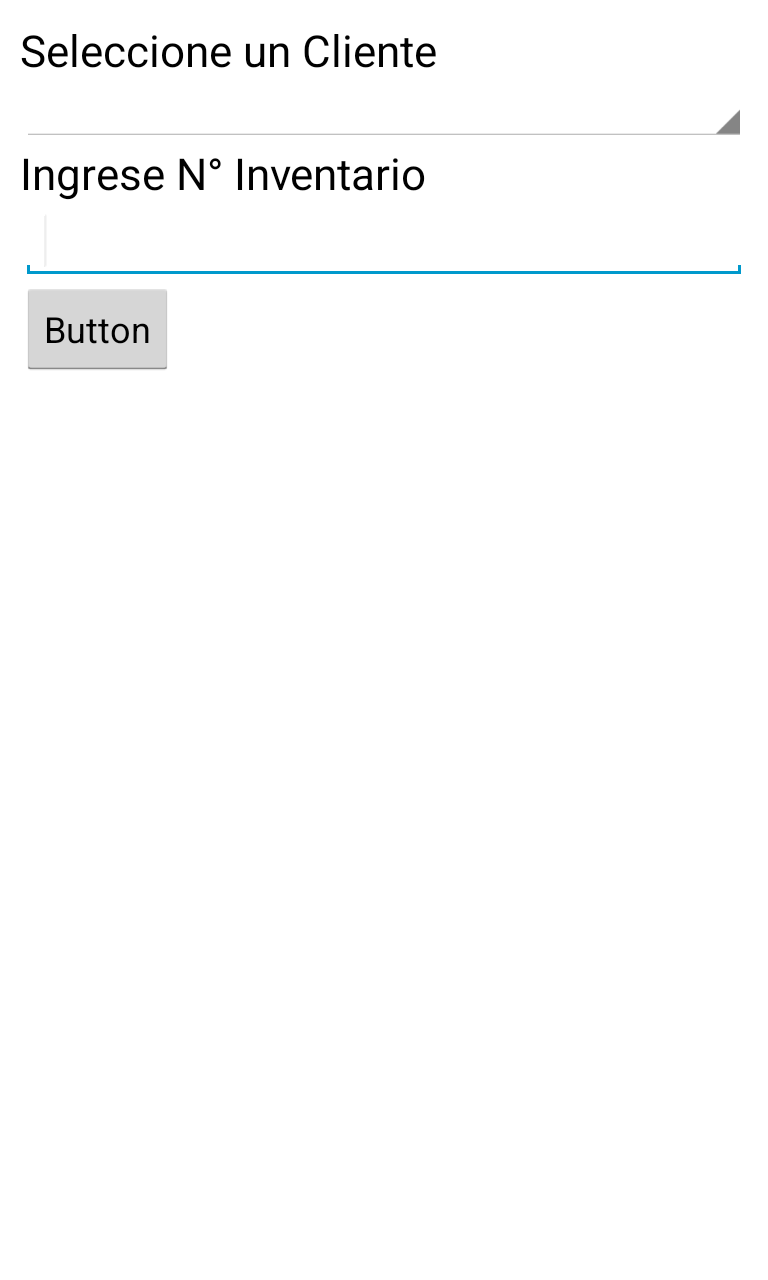
Repository: arodriguezp2003/aqandroid
Layout: BlueFlameWMS/res/layout/seleccioncliente.xml
An editor plug-in stored every save of this project. The layout is shown before and after the next save, followed by the edit.
It is drawn on a 768 x 1280 px phone screen (xhdpi) without system bars, with theme AppTheme; the app's code is not run.

Above is the layout before, as saved 2014-06-20 19:22:34.

After the next save:
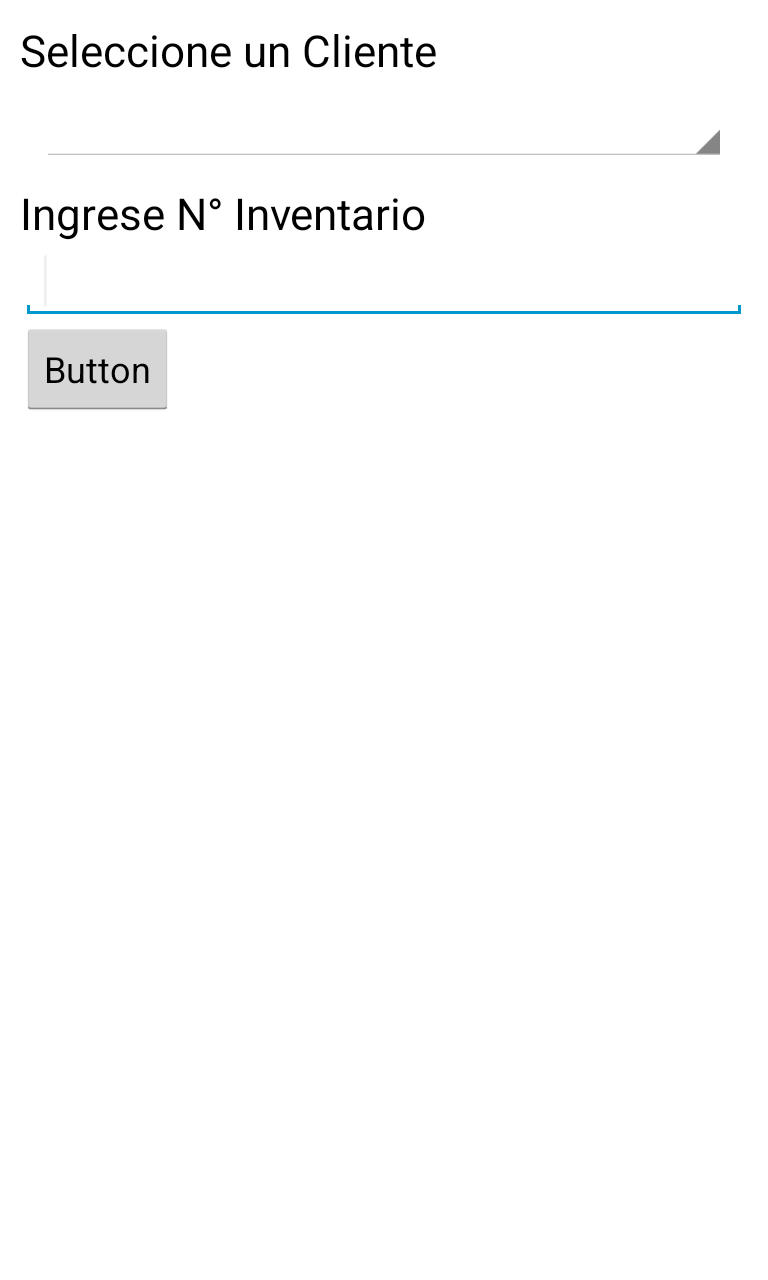
Saved 2 min 40 s later.
--- a/BlueFlameWMS/res/layout/seleccioncliente.xml
+++ b/BlueFlameWMS/res/layout/seleccioncliente.xml
@@ -13,10 +13,10 @@
 
     <Spinner
         android:id="@+id/spinClientes"
-        style="@style/spinnerItemStyle"
+		android:layout_margin="10sp"
         android:layout_width="fill_parent"
         android:layout_height="wrap_content"
-        android:textAppearance="?android:attr/textAppearanceLarge" />
+/>
 
     <TextView android:layout_width="fill_parent"
 
